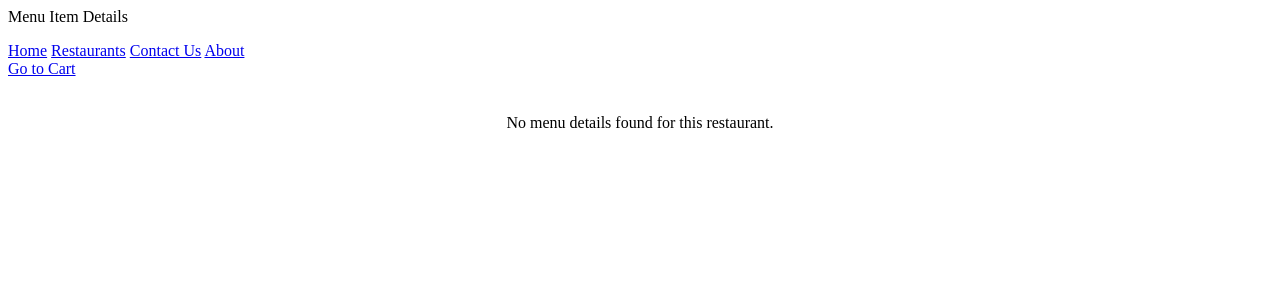
Repository: Sujith-B-S/Food-Application
Page: http://localhost/FoodApplication/menu.jsp
The author's editor kept a copy of each file at every save. The page is drawn from the files as they stood at one save, then again after the next save.
The browser window is 1280 px wide. The pictures show the whole page.
The page is served by Tomcat 9. Other server files are loaded and not shown. The template is opened directly, without the code that normally fills it, so the values that code supplies are empty.

Above is the page before, as saved 2024-11-21 09:33:08.

### FoodApplication/src/main/webapp/menu.jsp
<%@ page import="com.sg.menupojo.Menu" %>
<%@ page import="java.util.*" %>
<%@ page contentType="text/html;charset=UTF-8" language="java" %>
<html>
<head>
    <title>Menu Details</title>
    <script src="https://code.jquery.com/jquery-3.6.0.min.js"></script>
    <style>
        h1 {
            text-align: center;
        }

        .container {
            display: flex;
            flex-wrap: wrap;
            gap: 20px;
            justify-content: center;
            margin-top: 20px;
        }

        .card {
            width: 23%;
            border: 1px solid #ccc;
            border-radius: 8px;
            overflow: hidden;
            background-color: #f5f5f5;
            box-shadow: 0 4px 8px rgba(0, 0, 0, 0.2);
            text-align: center;
            margin-bottom: 20px;
            transition: transform 0.3s ease;
        }

        .card img {
            width: 100%;
            height: 250px;
            border-radius:20px;
            object-fit: cover;
        }

        .card-content {
            padding: 15px;
        }

        .card-content h3 {
            margin: 10px 0;
            font-size: 1.2em;
        }

        .card-content p {
            margin: 5px 0;
            font-size: 0.9em;
        }

        .card:hover {
            transform: scale(1.05);
            cursor: pointer;
        }

        select {
            width: 20%;
            padding: 5px;
            margin: 10px 0;
            font-size: 14px;
        }

        button {
            padding: 10px 15px;
            background-color: #FF734C;
            border: none;
            color: white;
            border-radius: 5px;
            cursor: pointer;
            font-size: 16px;
            margin-top: 10px;
        }

        button:hover {
            background-color: #ff3d00;
        }

        /* Responsive Design */
        @media (max-width: 768px) {
            .card {
                width: 45%;
            }
        }

        @media (max-width: 480px) {
            .card {
                width: 100%;
            }

            .cart-button {
    display: inline-block;
    margin-right: 30px;
    padding: 10px 20px;
    font-size: 18px;
    font-weight: bold;
    color: white;
    background: linear-gradient(90deg, #ff7e5f, #feb47b);
    border: none;
    border-radius: 25px;
    box-shadow: 0 4px 6px rgba(0, 0, 0, 0.1);
    text-decoration: none;
    text-align: center;
    transition: all 0.3s ease-in-out;
}

.cart-button:hover {
    background: linear-gradient(90deg, #feb47b, #ff7e5f);
    box-shadow: 0 6px 12px rgba(0, 0, 0, 0.2);
    transform: translateY(-2px);
}

.cart-button:active {
    transform: translateY(0);
    box-shadow: 0 3px 6px rgba(0, 0, 0, 0.1);
}
        .navbar {
            position: fixed;
            top: 0;
            width: 100%;
            height: 80px;
            background-color: #FF734C;
            display: flex;
            justify-content: space-between;
            align-items: center;
            padding: 0 20px;
            box-shadow: 0 4px 6px rgba(0, 0, 0, 0.1);
            z-index: 1000;
        }

        .navbar-left .nav {
            display: flex;
            align-items: center;
        }

        .navbar-left {
            gap: 35px;
            display: flex;
            align-items: center;
        }

        .app-name {
            font-size: 28px;
            font-weight: 700;
            color: white;
            margin-right: 20px;
        }

        nav {
            display: flex;
            gap: 15px;
        }

        .navbar a {
            color: white;
            text-decoration: none;
            font-size: 18px;
            font-weight: 600;
        }

        .navbar a:hover {
            color: black;
        }
    </style>
    <script>
        // Function to handle adding an item to the cart using AJAX
        function addToCart(menuId) {
            const quantity = document.getElementById("quantity-" + menuId).value;

            // Perform AJAX request
            $.ajax({
                url: 'AddToCartController',
                method: 'POST',
                data: { menuId: menuId, quantity: quantity },
                success: function(response) {
                    alert("added the cart item successfully"); // Notify success
                },
                error: function(xhr) {
                    alert("Error: " + xhr.responseJSON.message); // Notify error
                }
            });
        }
    </script>
</head>
<body>

	<!-- Navbar -->
    <div class="navbar">
        <div class="navbar-left">
            <div class="title">
                <p class="app-name">Menu Item Details</p>
            </div>
            <div class="hamburger">
                <div></div>
                <div></div>
                <div></div>
            </div>
            <nav>
                <a href="home.jsp">Home</a>
                <a href="restaurants.jsp">Restaurants</a>
                <a href="contact.jsp">Contact Us</a>
                <a href="about.jsp">About</a>
            </nav>
        </div>


    <a href="cart.jsp" class = "cart-button">Go to Cart</a>
    <div class="container">
        <%
            // Get the menu list from the request
            List<Menu> menuList = (List<Menu>) request.getAttribute("menu");

            // Check if the menu list is not null and not empty
            if (menuList != null && !menuList.isEmpty()) {
                // Loop through the menu list and display each item
                for (Menu menu : menuList) {
        %>
        <div class="card">
            <div class="card-content">
                <img alt="Menu Items" src="<%= menu.getImage() %>">
                <h3><%= menu.getName() %></h3>
                <p><strong>Description:</strong> <%= menu.getDescription() %></p>
                <p><strong>Price:</strong> ₹<%= menu.getPrice() %></p>
                <p><strong>Rating:</strong> <%= menu.getRating() %>/5</p>
                <p><strong>Available:</strong> <%= menu.isAvailable() ? "Yes" : "No" %></p>
                <label for="quantity-<%= menu.getMenuId() %>">Quantity:</label>
                <select id="quantity-<%= menu.getMenuId() %>" name="quantity">
                    <% for (int i = 1; i <= 10; i++) { %>
                        <option value="<%= i %>"><%= i %></option>
                    <% } %>
                </select>
                <button type="button" onclick="addToCart(<%= menu.getMenuId() %>)">Add to Cart</button>
            </div>
        </div>
        <%
                } // End of for loop
            } else { // If no menu items are available
        %>
        <p>No menu details found for this restaurant.</p>
        <% } %>
    </div>
    <div style="text-align: center; margin-top: 20px;">

    </div>
</body>
</html>

After the next save:
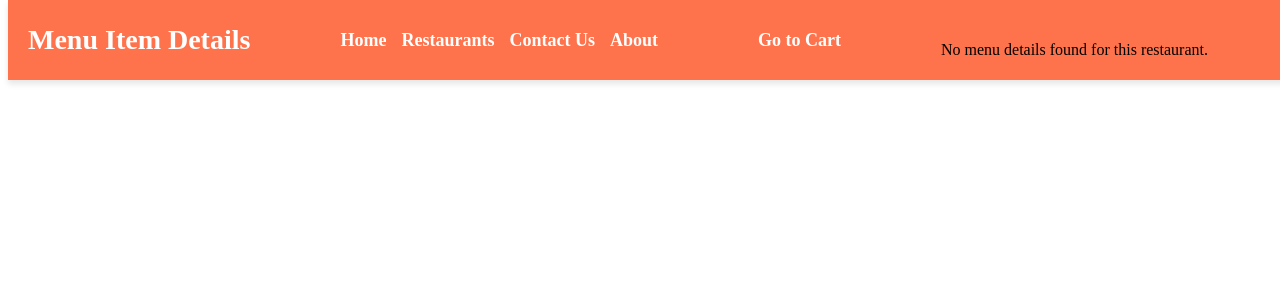
Saved 109 s later.
--- a/FoodApplication/src/main/webapp/menu.jsp
+++ b/FoodApplication/src/main/webapp/menu.jsp
@@ -115,6 +115,7 @@
 .cart-button:active {
     transform: translateY(0);
     box-shadow: 0 3px 6px rgba(0, 0, 0, 0.1);
+}
 }
         .navbar {
             position: fixed;
